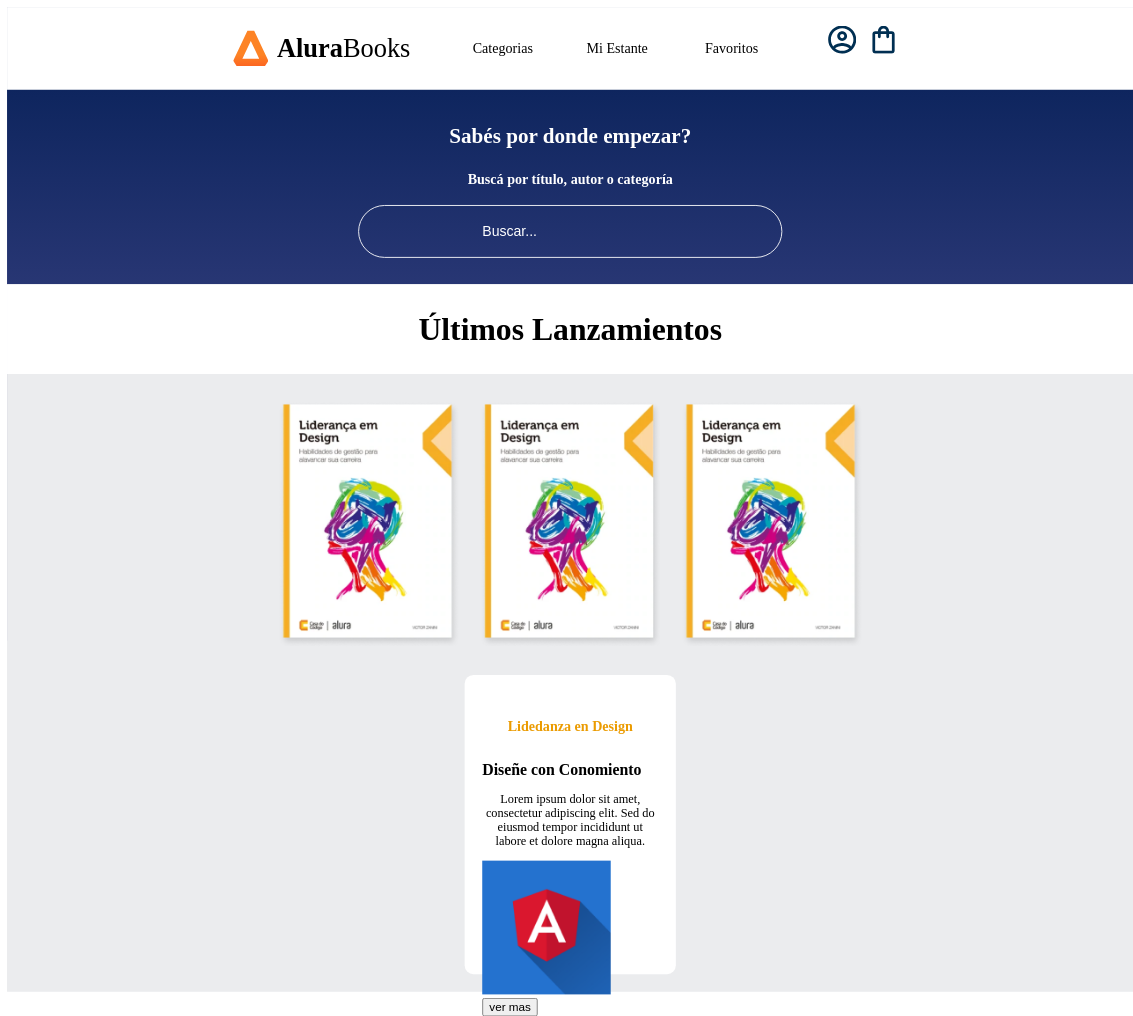
Repository: SandroG1977/Alura.Books
Page: /
These files come from the project's save history. The page is drawn as it stood at one moment and after the next save; the edit follows.
The browser window is 1280 px wide. The page is 1288 px wide, so the pictures cover 1288 px, including what lies to the right of the window. The pictures show the whole page, at 88% of full size.
The project was rebuilt for these pictures with package versions that can differ from the ones it lists, and the page was loaded fresh each time.

Above is the page before, as saved 2026-04-09 18:43:41.

### src/index.js
import React from 'react';
import ReactDOM from 'react-dom/client';
import App from './App';
import reportWebVitals from './reportWebVitals';
import { createGlobalStyle } from 'styled-components';

const GlobalStyle = createGlobalStyle`
    body {
      margin: 0;
      font-family: -apple-system, BlinkMacSystemFont, 'Segoe UI', 'Roboto', 'Oxygen',
        'Ubuntu', 'Cantarell', 'Fira Sans', 'Droid Sans', 'Helvetica Neue',
        sans-serif;
      -webkit-font-smoothing: antialiased;
      -moz-osx-font-smoothing: grayscale;
    }

    code {
      font-family: source-code-pro, Menlo, Monaco, Consolas, 'Courier New',
        monospace;
    }

    li{
      list-style: none;
    }
`;

const root = ReactDOM.createRoot(document.getElementById('root'));
root.render(
  <React.StrictMode>
    <App />
  </React.StrictMode>
);

// If you want to start measuring performance in your app, pass a function
// to log results (for example: reportWebVitals(console.log))
// or send to an analytics endpoint. Learn more: https://bit.ly/CRA-vitals
reportWebVitals();

### src/App.js
import styled from 'styled-components';
import Header from './components/Header';
import Search from './components/Search';
import UltimosLanzamientos from './components/UltimoLanzamientos';

const AppContainer = styled.div`
  width: 100vw;
  height: 100vh;
  background-image: linear-gradient(to bottom, #031e55, #57559b);


li{
    list-style: none;
}
`;

function App() {
  return (
    <AppContainer>
      <Header />
      <Search />
      <UltimosLanzamientos />
    </AppContainer>
  );
}

export default App;

### src/components/Header/index.js
import Logo from '../logo';
import OptionsHeader from '../OptionsHeader';
import IconesHeader from '../IconosHeader';
import styled from 'styled-components';

const HeaderContainer = styled.header`
    background-color: white;
    display: flex;
    justify-content: center;
`;

function Header() {
    return (
        <HeaderContainer>
            <Logo />
            <OptionsHeader />
            <IconesHeader />
        </HeaderContainer>
    );
}

export default Header;

### src/components/Search/index.js
import { useState } from 'react';
import Input from '../Input';
import styled from 'styled-components';

import livro from '../../images/livro.png'

export const livros = [
    { nome: 'Liderança em Design', id: 1, src: livro },
    { nome: 'JavaScript Assertivo', id: 2, src: livro },
    { nome: 'Cangaceiro em JavaScript', id: 3, src: livro },
    { nome: 'Aventureiros do Java', id: 4, src: livro },
]

const SearchContainer = styled.section`
    display: flex;
    flex-direction: column;
    align-items: center;
    justify-content: center;
    padding: 20px;
`;

const Titulo = styled.h2`
    font-size: 24px;
    color: #FFF;
    margin-bottom: 10px;
`;

const Subtitulo = styled.h3`
    font-size: 16px;
    color: #FFF;
    margin-bottom: 20px;
`;

const ResultadosContainer = styled.div`
    display: flex;
    justify-content: center;
    align-items: center;
    margin-bottom: 20px;
    gap: 20px;
    cursor: pointer;

    img {
        width: 100px;
    }

    p { width: 200px; text-align: center; color: #FFF; }

    &:hover {
            transform: scale(1.05);
            transition: transform 0.2s ease-in-out;
        border: 1px solid white;
    }
`;

function Search() {
    const [librosEncontrados, setLibrosEncontrados] = useState([]);
    return (
        <SearchContainer>
            <Titulo>Sabés por donde empezar?</Titulo>
            <Subtitulo>Buscá por título, autor o categoría</Subtitulo>
            <Input
                placeholder="Buscar..."
                onBlur={event => {
                    const query = event.target.value.trim().toLowerCase();
                    if (!query) {
                        setLibrosEncontrados([]);
                        return;
                    }

                    const encontrados = livros.filter(livro =>
                        livro.nome.toLowerCase().includes(query)
                    );
                    setLibrosEncontrados(encontrados);
                }
                }
            />
            {librosEncontrados.map(livro => {
                return (
                    <ResultadosContainer key={livro.id}>
                        <img src={livro.src} alt={livro.nome} /><p>{livro.nome}</p>

                    </ResultadosContainer>
                );
            })}

        </SearchContainer>
    );
}

export default Search;

### src/components/UltimoLanzamientos/index.js
import styled from 'styled-components';
import { Titulo } from '../Titulo';
import livro2 from '../../images/livro2.png';
import livro from '../../images/livro.png';
import CardRecomandaciones from '../CardRecomandaciones';

export const livros = [
    { nome: 'Liderança em Design', src: livro, id: 1 },
    { nome: 'Cangaceiro JavaScript', src: livro, id: 3 },
    { nome: 'Apache Kafka e Spring Boot', src: livro, id: 4 }
]


const LibroContainer = styled.section`
    background-color: #EBECEE;
    padding-bottom: 20px;
    display: flex;
    flex-direction: column;
`;


const NuevosLibrosContainer = styled.div`
    margin-top: 30px;
    margin-bottom: 30px;
    gap: 20px;
    display: flex;
    width: 100%;
    justify-content: center;
    cursor: pointer;
`

function UltimosLanzamientos() {
    return (
        <LibroContainer>
            <Titulo color="#000000" size="36px" align="center">Últimos Lanzamientos</Titulo>
            <NuevosLibrosContainer>
                {livros.map(livro => {
                    return (
                        <img key={livro.id} src={livro.src} alt={livro.nome} />

                    );
                })}
            </NuevosLibrosContainer>
            <CardRecomandaciones titulo="Lidedanza en Design" subtitulo="Diseñe con Conomiento" descripcion="Lorem ipsum dolor sit amet, consectetur adipiscing elit. Sed do eiusmod tempor incididunt ut labore et dolore magna aliqua." imagen={livro2} />
        </LibroContainer>
    );
}

export default UltimosLanzamientos;

### src/components/logo/index.js
import logo from '../../images/logo.svg';
import styled from 'styled-components';

const LogoContainer = styled.div`
    display: flex;
    font-size: 30px;
    margin-left: 5px;
`;

const LogoImage = styled.img`
    width: 40px;
    margin-right: 10px;
`;


function Logo() {
    return (
        <LogoContainer>
            <LogoImage src={logo} alt="Logo Alura Books" />
            <p><strong>Alura</strong>Books</p>
        </LogoContainer>
    );
}

export default Logo;

### src/components/OptionsHeader/index.js

import styled from 'styled-components';

const OpcionesContainer = styled.ul`
    display: flex;
`;

const Opcion = styled.li`
    font-size: 16px;
    display: flex;
    justify-content: center;
    align-items: center;
    text-align: center;
    height: 100%;
    padding: 0 5px;
    cursor: pointer;
    min-width: 120px;
`;



const textoOpciones = ['Categorias', 'Mi Estante', 'Favoritos'];


function OptionsHeader() {
    return (
        <OpcionesContainer>
            {textoOpciones.map((opcion, index) => (
                <Opcion key={index}><p>{opcion}</p></Opcion>
            ))}
        </OpcionesContainer>
    );
}

export default OptionsHeader;

### src/components/IconosHeader/index.js
import perfil from '../../images/perfil.svg';
import carrito from '../../images/sacola.svg';
import styled from 'styled-components';

const IconosContainer = styled.ul`
    display: flex;
`;

const Icono = styled.li`
    width: 40px;
    margin:5px;
`;

const iconosOpciones = [perfil, carrito];

function IconesHeader() {
    return (
        <IconosContainer>
            {iconosOpciones.map((icono, index) => (
                <Icono><img src={icono} alt={`Icono ${index}`} /></Icono>
            ))}
        </IconosContainer>
    );
}

export default IconesHeader;

### src/components/Input/index.js
import syled from 'styled-components';

const Input = syled.input`
    border: 1px solid #FFF;
    background: transparent;
    border: 1px solid #FFF;
    padding: 20px 140px;
    border-radius: 50px;
    width: 200px;
    color: #FFF;
    font-size: 16px;
    margin-bottom: 10px;

    &::placeholder {
            color: #FFF;
            font-size: 16px;
    }
`;


export default Input;

### src/components/Titulo/index.js
import styled from 'styled-components';


export const Titulo = styled.h2`
    width: 100%;
    padding: 30px 0;
    background-color: #FFF;
    color: ${props => props.color || '#EB9B00'};
    font-size: ${props => props.size || '36px'};
    text-align: ${props => props.align || 'center'};
    margin: 0;
`;

### src/components/CardRecomandaciones/index.js
import styled from "styled-components";
import { Titulo } from "../Titulo";

const Card = styled.div`
    width: 200px;
    height: 300px;
    background-color: #FFF;
    border-radius: 10px;
    padding: 20px;
    display: flex;
    flex-direction: column;
    justify-content: space-between;
    align-items: center;
    align-self: center;
    `;

const Subtitulo = styled.h4`
        font-size: 18px;
        color: #000000;
        margin: 0;
`

const Descripcion = styled.p`
        font-size: 14px;
        color: #000000;
        text-align: center;
    `
const Imagen = styled.img`
    object - fit: cover;
    alight-self: center;
    align-items: center;
`

const Button = styled.button`
    button{
    background - color: #EB9B00;
    color: #FFF;
    border: none;
    padding: 10px 20px;
    border - radius: 5px;
    cursor: pointer;
`



function CardRecomandaciones({ titulo, subtitulo, descripcion, imagen }) {
    return (
        <Card>
            <div>
                <Titulo color="#EB9B00" size="16px">{titulo}</Titulo>
                <Subtitulo>{subtitulo}</Subtitulo>
                <Descripcion>{descripcion}</Descripcion>
            </div>
            <div>
                <Imagen src={imagen} alt={titulo} />
                <Button>ver mas</Button>
            </div>
        </Card>
    );
}

export default CardRecomandaciones;

Loaded but not shown: public/index.html (common file); src/reportWebVitals.js (common file)

After the next save:
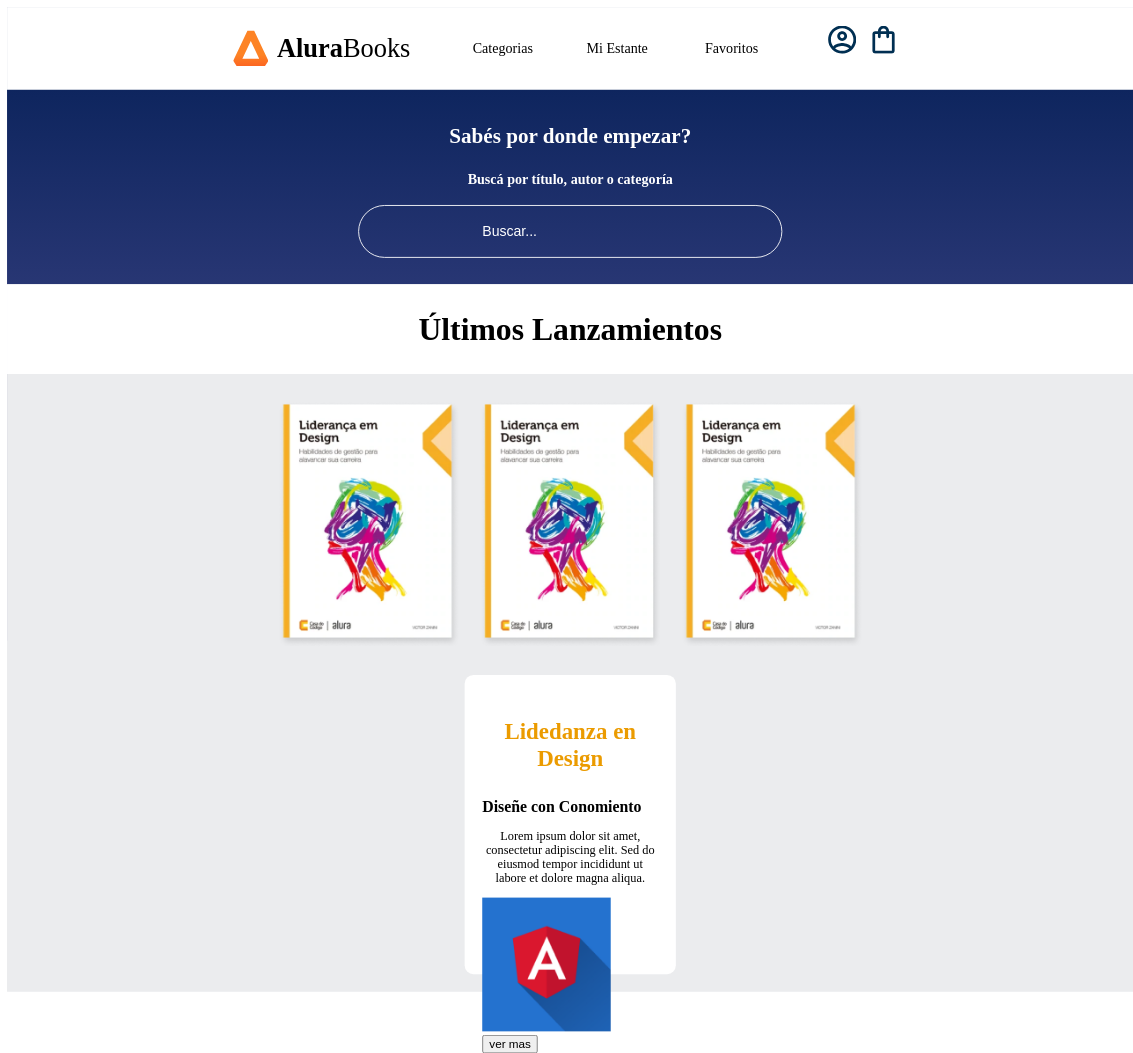
Saved 8 s later.
--- a/src/components/CardRecomandaciones/index.js
+++ b/src/components/CardRecomandaciones/index.js
@@ -47,7 +47,7 @@
     return (
         <Card>
             <div>
-                <Titulo color="#EB9B00" size="16px">{titulo}</Titulo>
+                <Titulo color="#EB9B00" size="26px">{titulo}</Titulo>
                 <Subtitulo>{subtitulo}</Subtitulo>
                 <Descripcion>{descripcion}</Descripcion>
             </div>
